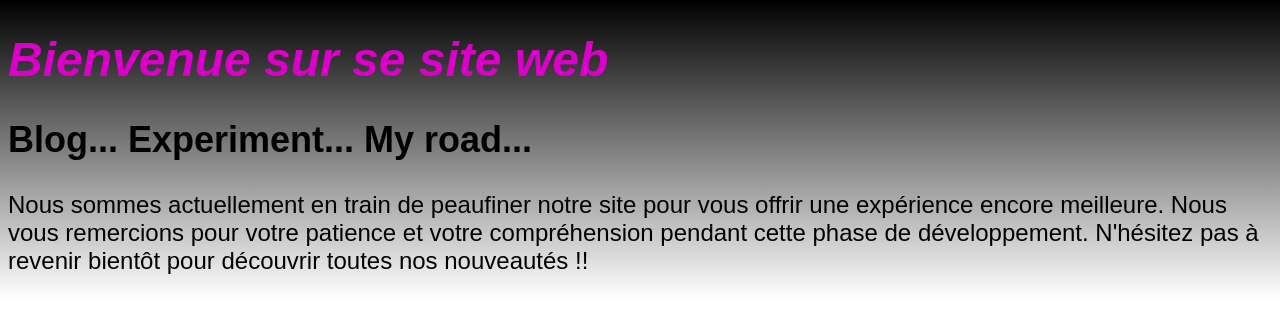
Repository: ValetteEvan/PersonalWebApp
Page: index.html
An editor plug-in stored every save of this project. The page is shown before and after the next save, followed by the edit.
The browser window is 1280 px wide. The pictures show the whole page.

Above is the page before, as saved 2025-01-07 18:06:21.

After the next save:
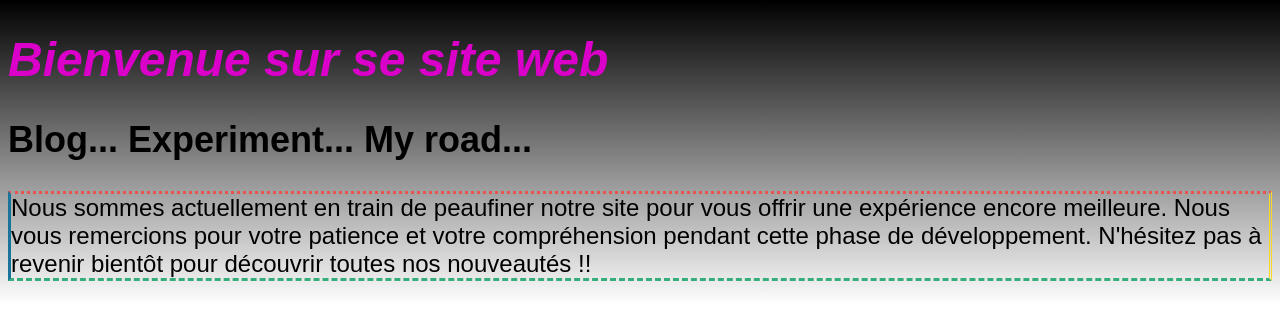
Saved 7 s later.
--- a/style.css
+++ b/style.css
@@ -21,5 +21,8 @@
 }
 
 .firstParagraph {
-
+    border-top: 3px #EB5353 dotted;
+    border-right: 3px #F9D923 double;
+    border-bottom: 3px #36AE7C dashed;
+    border-left: 3px #187498 solid;
 }

After the save that followed:
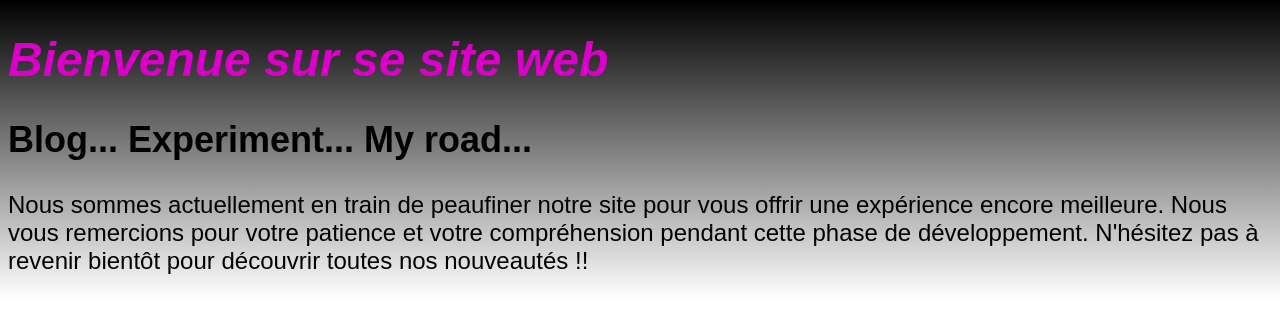
Saved 45 s later.
--- a/style.css
+++ b/style.css
@@ -21,8 +21,6 @@
 }
 
 .firstParagraph {
-    border-top: 3px #EB5353 dotted;
-    border-right: 3px #F9D923 double;
-    border-bottom: 3px #36AE7C dashed;
-    border-left: 3px #187498 solid;
+
+    border-radius: 10px;
 }
